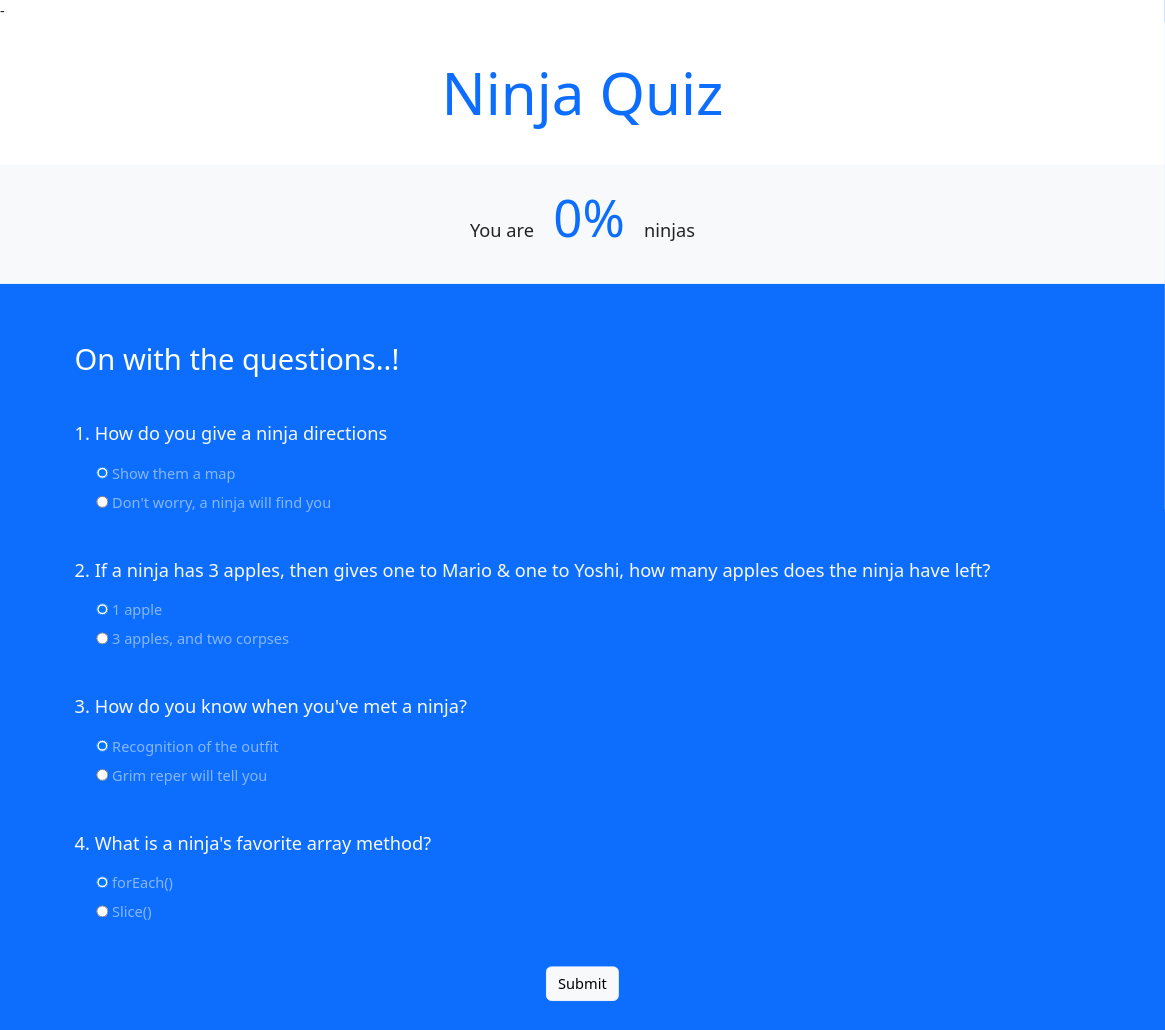
Repository: Programmer-RD-AI/Modern-JavaScript-Complete-guide-from-Novice-to-Ninja
Page: ninja_quiz/index.html
The author's editor kept a copy of each file at every save. The page is drawn from the files as they stood at one save, then again after a run of saves.
The browser window is 1280 px wide. The pictures show the whole page, at 91% of full size.
After loading, the first visible `form.quiz-form` was submitted once.

Above is the page before, as saved 2023-12-26 15:59:47.

After the next 2 saves:
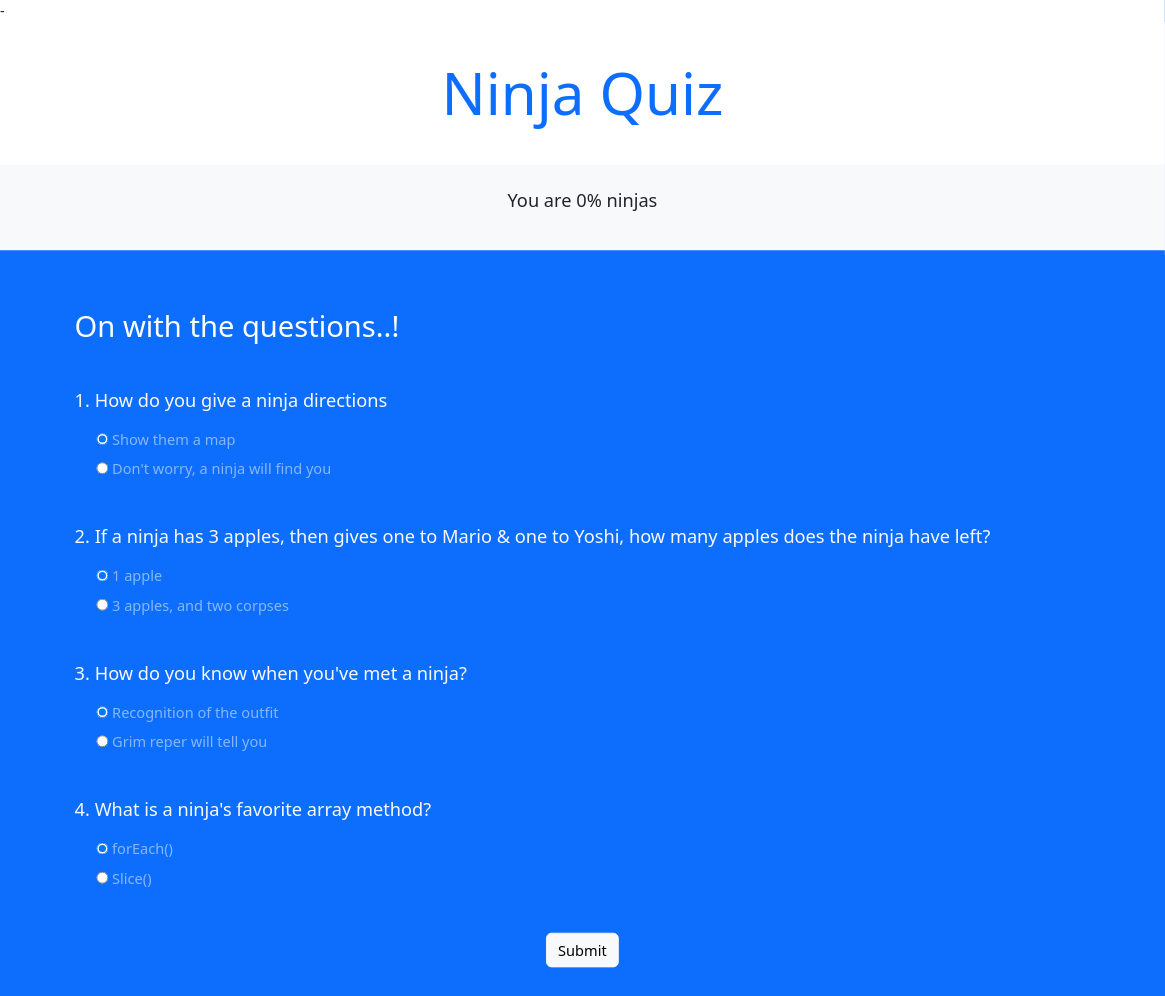
The 2 saves are shown as one change because they came seconds apart.
The last was saved 8 s later.
--- a/ninja_quiz/app.js
+++ b/ninja_quiz/app.js
@@ -15,7 +15,7 @@ form.addEventListener("submit", (e) => {
       score += 100 / correctAnswers.length;
     }
   });
-
+    percentage.setAttribute('class',"")
   for (let i = 1; i < score; i++) {
     percentage.textContent = `${i}%`;
   }
